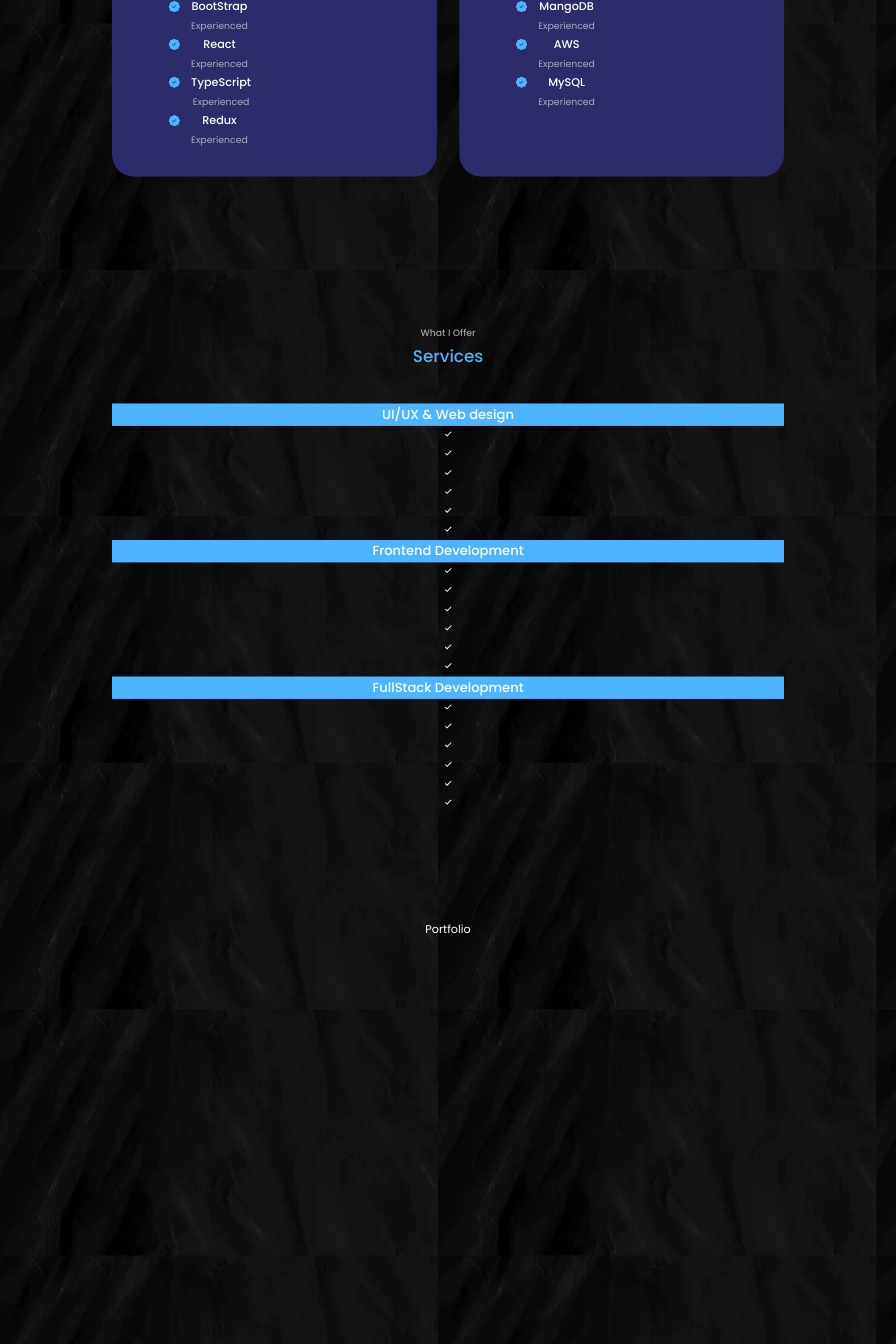
Repository: mayuri2018/Mr_react_portfolio
Page: /
An editor plug-in stored every save of this project. The page is shown before and after the next save, followed by the edit.
The browser window is 1280 px wide. The pictures show the part of the page from y = 2079 to 3999 px (the page is 5835 px tall), at 70% of full size.
The project was rebuilt for these pictures with package versions that can differ from the ones it lists, and the page was loaded fresh each time. Also part of the build but not shown: src/components/portfolio/portfolio.css, src/components/testimonials/testimonials.css, src/components/contact/contact.css, src/components/footer/footer.css.

Above is the page before, as saved 2023-01-25 14:56:10.

### public/index.html
<!DOCTYPE html>
<html lang="en">
  <head>
    <meta charset="utf-8" />
    <link rel="icon" href="%PUBLIC_URL%/favicon.ico" />
    <meta name="viewport" content="width=device-width, initial-scale=1" />
    <meta name="theme-color" content="#000000" />
    <meta
      name="description"
      content="Web site created using create-react-app"
    />
    <link rel="apple-touch-icon" href="%PUBLIC_URL%/logo192.png" />
    <!--
      manifest.json provides metadata used when your web app is installed on a
      user's mobile device or desktop. See https://developers.google.com/web/fundamentals/web-app-manifest/
    -->
    <link rel="manifest" href="%PUBLIC_URL%/manifest.json" />
    <!--
      Notice the use of %PUBLIC_URL% in the tags above.
      It will be replaced with the URL of the `public` folder during the build.
      Only files inside the `public` folder can be referenced from the HTML.

      Unlike "/favicon.ico" or "favicon.ico", "%PUBLIC_URL%/favicon.ico" will
      work correctly both with client-side routing and a non-root public URL.
      Learn how to configure a non-root public URL by running `npm run build`.
    -->
    <title>React portfolio</title>
  </head>
  <body>
    <noscript>You need to enable JavaScript to run this app.</noscript>
    <div id="root"></div>
    <!--
      This HTML file is a template.
      If you open it directly in the browser, you will see an empty page.

      You can add webfonts, meta tags, or analytics to this file.
      The build step will place the bundled scripts into the <body> tag.

      To begin the development, run `npm start` or `yarn start`.
      To create a production bundle, use `npm run build` or `yarn build`.
    -->
  </body>
</html>

### src/index.css
@import url('https://fonts.googleapis.com/css2?family=Poppins:wght@300;400;500;600&display=swap');
*{
  margin:0;
  padding: 0;
  border: 0;
  outline: 0;
  box-sizing:border-box;
  list-style: none;
  text-decoration: none;
}
:root{
  --color-bg:#1f1f38;
  --color-bg-variant:#2c2c6c;
  --color-primary:#4db5ff;
  --color-primary-vriant:rgba(77,181,255,0.4);
  --color-white:#fff;
  --color-light:rgba(255, 255, 255, 0.6);
  --transition: all 400ms;
  --container-width-lg:75%;
  --container-width-md:86%;
  --container-width-sm:90%;
}

html {
  scroll-behavior: smooth;
}

::-webkit-scrollbar{
  display: none;
}
body{
  font-family: "Poppins", sans-serif;
  background:var (--color-white);
  color: var(--color-white);
  line-height: 1.7;
  background-image: url(../src/assets/bg-texture.webp);
}
/*---------general style---------*/
.container{
  width: var(--container-width-lg);
  margin: 0 auto;
}

h1,
h2,
h3,
h4,
h5{
  font-weight:500;
}
h1{
  font-size: 2.5rem;
}
section{
  margin-top: 8rem;
  height: 100vh;
}
section > h2,
section >h5{
  text-align: center;
  color: var(--color-light);
}
section > h2{
  color: var(--color-primary);
  margin-bottom: 3rem;
}
.text-light{
  color: var(--color-light);
}
a{
  color: var(--color-primary);
  transition: var(--transition);
}
a:hover{
  color: var(--color-white);
}
.btn{
  width: max-content;
  display: inline-block;
  color: var(--color-primary);
  padding: 0.75rem 1.2rem;
  border-radius: 0.4rem;
  cursor: pointer;
  border: 1px solid var(--color-primary);
  transition: var(--transition);
}
.btn:hover{
  background: var(--color-white);
  color: var(--color-bg);
  border-color: transparent;
}
.btn-primary{
  background: var(--color-primary);
  color: var(--color-bg);
}
img{
  display: block;
  width: 100%;
  object-fit: cover;
}
/*----------Media Queries (Medium devices)-----*/
@media screen and (max-width: 1024px){
  .container{
    width: var(--container-width-md);
  }
  section{
    margin-top: 6rem;
  }

}
/*----------Media Queries (small devices)-----*/
@media screen and (max-width: 600px){
  .container{
    width: var(--container-width-md);
  }
  section > h2{
    margin-bottom: 2rem;
  }

}

### src/components/header/Header.jsx
import React from "react";
import "./header.css";
import ME from "../../assets/ME.jpeg";
import CTA from "./CTA";
import HeaderSocials from "./HeaderSocials";

export default function Header(){
    return(
        <header>
            <div className="container header_container">
                <h5>Hello I'm</h5>
                <h1>Mayuri Vaddempudi</h1>
                <h5 className="text-light">Fullstack Developer</h5>
                <CTA/>
                <HeaderSocials/>
                <div className="me">
                    <img src={ME} alt="me"/>
                </div>
                <a href="#contact" className="scroll_down">Scroll Down</a>
            </div>
        </header>

    )
}

### src/components/nav/Nav.jsx
import React from "react";
import "./nav.css";
import {AiOutlineHome} from "react-icons/ai";
import {BiBook} from "react-icons/bi";
import {AiOutlineUser} from "react-icons/ai";
import {RiServiceLine} from "react-icons/ri";
import {BiMessageSquareDetail} from "react-icons/bi";
import { useState } from "react";

export default function Nav(){
    const[activeNav, setActiveNav] = useState("#")
    return(
        <nav>
            <a href="#" onClick = {()=> setActiveNav("#")}className={activeNav === "#" ? "active" : ""}><AiOutlineHome/></a>
            <a href="#about" onClick = {()=> setActiveNav("#about")}className={activeNav === "#about" ? "active" : ""}><AiOutlineUser/></a>
            <a href="#experience" onClick = {()=> setActiveNav("#experience")}className={activeNav === "#experience" ? "active" : ""}><BiBook/></a>
            <a href="#services" onClick = {()=> setActiveNav("#services")}className={activeNav === "#services" ? "active" : ""}><RiServiceLine/></a>
            <a href="#contact" onClick = {()=> setActiveNav("#contact")}className={activeNav === "#contact" ? "active" : ""}><BiMessageSquareDetail/></a>
        </nav>

    )
}

### src/components/about/About.jsx
import React from "react";
import "./about.css";
import ME from "../../assets/ME.jpeg";
import{FaAward} from "react-icons/fa";
import{FiUsers} from "react-icons/fi";
import{VscFolderLibrary} from "react-icons/vsc";

export default function About(){
    return(
        <section id="about">
            <h5>Get To Know</h5>
            <h2>About Me</h2>
            <div className="container about_container">
                <div className="about_me">
                    <div className="about_me-image">
                        <img src={ME} alt="About-image"/>
                    </div>
                </div>

                <div className="about_content">
                    <div className="about_cards">
                        <article className="about_card">
                            <FaAward className="about_icon"/>
                            <h5>Experience</h5>
                            <small>4+ Years working</small>
                        </article>

                        <article className="about_card">
                            <FiUsers className="about_icon"/>
                            <h5>Clients</h5>
                            <small>5 Worldwide</small>
                        </article>

                        <article className="about_card">
                            <VscFolderLibrary className="about_icon"/>
                            <h5>Projects</h5>
                            <small>5+ Completed</small>
                        </article>
                    </div>
                    <p>
                    Overall with 4 years of experience including design & developing for building websites.
                    My experience in web design led me to learn technologies such as SEO, Google Analytics,
                    Schema Markup and Wireframe.
                    Passionate about work in cross-functional teams and delivering the best solutions for customers.
                    Currently working on web apps created on ReactJs, Redux, React-router, and Axios.
                    Open for relocation and working as a front-end.
                    </p>
                    <a href="#contact" className="btn-primary">Let's Talk</a>
                </div>
            </div>
        </section>
    )
}

### src/components/services/Services.jsx
import React from "react";
import "./services.css";
import{BiCheck} from "react-icons/bi"

export default function Services(){
    return(
        <section id="services">
            <h5>What I Offer</h5>
            <h2>Services</h2>
            <div className="container service_container">
                <article className="service">
                    <div className="service_head">
                        <h3>UI/UX & Web design</h3>
                    </div>
                    <ul className="service_list">
                        <li>
                            <BiCheck className="service_list-icon"/>
                            <p></p>
                        </li>
                        <li>
                            <BiCheck className="service_list-icon"/>
                            <p></p>
                        </li>
                        <li>
                            <BiCheck className="service_list-icon"/>
                            <p></p>
                        </li>
                        <li>
                            <BiCheck className="service_list-icon"/>
                            <p></p>
                        </li>
                        <li>
                            <BiCheck className="service_list-icon"/>
                            <p></p>
                        </li>
                        <li>
                            <BiCheck className="service_list-icon"/>
                            <p></p>
                        </li>
                    </ul>
                </article>
                {/*End of UI/UX */}
                <article className="service">
                    <div className="service_head">
                        <h3>Frontend Development</h3>
                    </div>
                    <ul className="service_list">
                        <li>
                            <BiCheck className="service_list-icon"/>
                            <p></p>
                        </li>
                        <li>
                            <BiCheck className="service_list-icon"/>
                            <p></p>
                        </li>
                        <li>
                            <BiCheck className="service_list-icon"/>
                            <p></p>
                        </li>
                        <li>
                            <BiCheck className="service_list-icon"/>
                            <p></p>
                        </li>
                        <li>
                            <BiCheck className="service_list-icon"/>
                            <p></p>
                        </li>
                        <li>
                            <BiCheck className="service_list-icon"/>
                            <p></p>
                        </li>
                    </ul>
                </article>
                {/*End of Frontend */}
                <article className="service">
                    <div className="service_head">
                        <h3>FullStack Development</h3>
                    </div>
                    <ul className="service_list">
                        <li>
                            <BiCheck className="service_list-icon"/>
                            <p></p>
                        </li>
                        <li>
                            <BiCheck className="service_list-icon"/>
                            <p></p>
                        </li>
                        <li>
                            <BiCheck className="service_list-icon"/>
                            <p></p>
                        </li>
                        <li>
                            <BiCheck className="service_list-icon"/>
                            <p></p>
                        </li>
                        <li>
                            <BiCheck className="service_list-icon"/>
                            <p></p>
                        </li>
                        <li>
                            <BiCheck className="service_list-icon"/>
                            <p></p>
                        </li>
                    </ul>
                </article>
                {/*End of fullstack */}
            </div>
        </section>
    )
}

### src/components/portfolio/Portfolio.jsx
import React from "react";
import "./portfolio.css";

export default function Portfolio(){
    return(
        <section id="portfolio">Portfolio</section>
    )
}

### src/components/testimonials/Testimonials.jsx
import React from "react";
import "./testimonials.css";

export default function Testimonials(){
    return(
        <section id="testimonials">Testimonials</section>
    )
}

### src/components/contact/Contact.jsx
import React from "react";
import "./contact.css";

export default function Contact(){
    return(
        <section id="contact">Contact</section>
    )
}

### src/components/footer/Footer.jsx
import React from "react";
import "./footer.css";

export default function Footer(){
    return(
        <div>Footer</div>
    )
}

### src/components/header/header.css
header{
    height: 100vh;
    padding-top: 7rem;
    overflow: hidden;
}
.header_container{
    text-align: center;
    height: 100%;
    position: relative;
}
/*------------CTA-----------*/
.cta{
    margin-top: 2.5rem;
    display: flex;
    gap: 1.2rem;
    justify-content: center;
}
/*------------headerSocials-----------*/
.header_socials{
    display: flex;
    flex-direction: column;
    align-items: center;
    gap: 0.8rem;
    position: absolute;
    left: 0;
    bottom: 3rem;
}
.header_socials::after{
    content: "";
    width: 1px;
    height: 2rem;
    background: var(--color-primary);
}
/*------------ME-----------*/
.me{
    background: linear-gradient(var(--color-primary), transparent);
    width: 22rem;
    height: 30rem;
    position: absolute;
    left: calc(50% - 11rem);
    margin-top: 4rem;
    border-radius: 12rem 12rem 0 0;
    overflow: hidden;
    padding: 5rem 1.5rem 1.5rem 1.5rem;
}
/*------------scroll down-----------*/
.scroll_down{
    position: absolute;
    right: -2.3rem;
    bottom: 5rem;
    transform: rotate(90deg);
    font-weight: 300;
    font-size: 0.9;
}
/*----------Media Queries (Medium devices)-----*/
@media screen and (max-width: 1024px){
    header{
        height: 68vh;
    }

  }
  /*----------Media Queries (small devices)-----*/
  @media screen and (max-width: 600px){
    header{
        height: 100vh;
    }
    .header_socials,
    .scroll_down{
        display: none;
    }
  }

### src/components/header/CTA.jsx
import React from "react";

export default function CTA(){
    return(
        <div className="cta">
           <a href="{CV}" className="btn">Download CV</a>
           <a href="#contact" className="btn btn-primary">Let's Talk</a>
        </div>
    )
}

### src/components/header/HeaderSocials.jsx
import React from "react";
import {BsLinkedin} from "react-icons/bs";
import {BsGithub} from "react-icons/bs";
import {FaDribbble} from "react-icons/fa";

export default function HeaderSocials(){
    return(
        <div className="header_socials">
            <a href="https://linkedin.com" target="_blank"><BsLinkedin/></a>
            <a href="https://github.com" target="_blank"><BsGithub/></a>
            <a href="https://dribble.com" target="_blank"><FaDribbble/></a>
        </div>
    )
}

### src/components/nav/nav.css
nav{
    background: rgba(0, 0, 0, 0.3);
    width: max-content;
    display: block;
    padding: 0.7rem 1.7rem;
    z-index: 2;
    position: fixed;
    left: 50%;
    transform: translate(-50%);
    bottom: 2rem;
    display: flex;
    gap: 0.8rem;
    border-radius: 3rem;
    backdrop-filter: blur(15px);
}
nav a{
    background: transparent;
    padding: 0.9rem;
    border-radius: 50%;
    display: flex;
    color: var(--color-light);
    font-size: 1.1rem;
}
nav a:hover{
    background:rgba(0, 0, 0, 0.3);
}
nav a.active{
    background: var(--color-bg);
    color: var(--color-white);
}

### src/components/about/about.css
.about_container{
    display: grid;
    grid-template-columns: 35% 50%;
    gap:15%;
}

.about_me{
    width: 100%;
    aspect-ratio: 1/1;
    border-radius: 2rem;
    background: linear-gradient(
        45deg,
        transparent,
        var(--color-primary),
        transparent);
    display: grid;
    place-items: center;
}

.about_me-image{
    border-radius: 2rem;
    overflow: hidden;
    transform: rotate(10deg);
    transition: var(--transition);
}

.about_me-image:hover{
    transform: rotate(0);
}
.about_cards{
    display: grid;
    grid-template-columns: repeat(3, 1fr);
    gap: 1.5em;
}

.about_card{
    background: var(--color-bg-variant);
    border: 1px solid transparent;
    border-radius: 1rem;
    padding: 2rem;
    text-align: center;
    transition: var(--transition);
}

.about_card:hover{
    background: transparent;
    border-color: var(--color-primary-variant);
    cursor: default;
}

.about_icon{
    color: var(--color-primary);
    font-size: 1.4rem;
    margin-bottom: 1rem;
}
.about_card h5{
    font-size: 0.9rem;
}

.about_card small{
    font-size: 0.7rem;
    color: var(--color-light);
}

.about_content p{
    margin: 2rem 0 2.6rem;
    color:var(--color-light);
}

/*----------Media Queries (Medium devices)-----*/
@media screen and (max-width: 1024px){
    .about_container{
        grid-template-columns: 1fr;
        gap:0;
    }
    .about_me{
        width: 50%;
        margin: 1rem 0 1.5rem;
    }

  }
  /*----------Media Queries (small devices)-----*/
  @media screen and (max-width: 600px){
    .about_me{
        width: 65%;
        margin: 0 auto 3rem;
    }
    .about_cards{
        grid-template-columns: 1fr 1fr;
        gap:1rem ;
    }
    .about_content{
        text-align: center;
    }
    .about_content p{
        margin: 1.5rem 0;
    }
  }

### src/components/experience/experience.css
.experience_container{
    display: grid;
    grid-template-columns: 1fr 1fr;
    gap:2rem;
}
.experience_container > div{
    background:var(--color-bg-variant);
    padding: 2.4rem 5rem;
    border-radius: 2rem;
    border: 1px solid transparent;
    transition: var(--transition);
}

.experience_container > div:hover{
    background: transparent;
    border-color: var(--color-primary-variant);
    cursor: default;
}
.experience_container > div h3{
    text-align: center;
    margin-bottom: 2rem;
    color: var(--color-primary);
}

.experience_container{
    display: grid;
    grid-template-columns: 1fr 1fr;
    row-gap: 2rem;
}
.experience_details{
    display: flex;
    gap:1rem;
}
.experience_details-icon{
    margin-top: 6px;
    color: var(--color-primary);
}

/*----------Media Queries (Medium devices)-----*/
@media screen and (max-width: 1024px){
    .experience_container{
        grid-template-columns: 1fr;
    }
    .experience_container > div{
        width: 80%;
        padding: 2rem;
        margin: 0 auto;
    }
    .experience_content{
        padding: 1rem;
    }

  }
  /*----------Media Queries (small devices)-----*/
  @media screen and (max-width: 600px){
   .experience_container{
    gap:1rem;
   }
   .experience_container > div{
    width: 100%;
    padding: 2rem 1rem;
   }
  }

### src/components/services/services.css
.services_container{
    display: grid;
    grid-template-columns: repeat(3 1fr);
    gap:3rem;
}
.services{
    background: var(--color-bg-variant);
    border-radius:0 0 2rem 2rem;
    height: fit-content;
    transition: var(--transition);
}
.services:hover{
    background: transparent;
    border-color: var(--color-primary-variant);
    cursor: default;
}
.service_head{
    background: var(--color-primary);
}

Loaded but not shown: src/index.js (common file); src/reportWebVitals.js (common file); src/App.css (common file); src/App.js (30 lines, source omitted); src/components/experience/Experience.jsx (127 lines, source omitted)

After the next save:
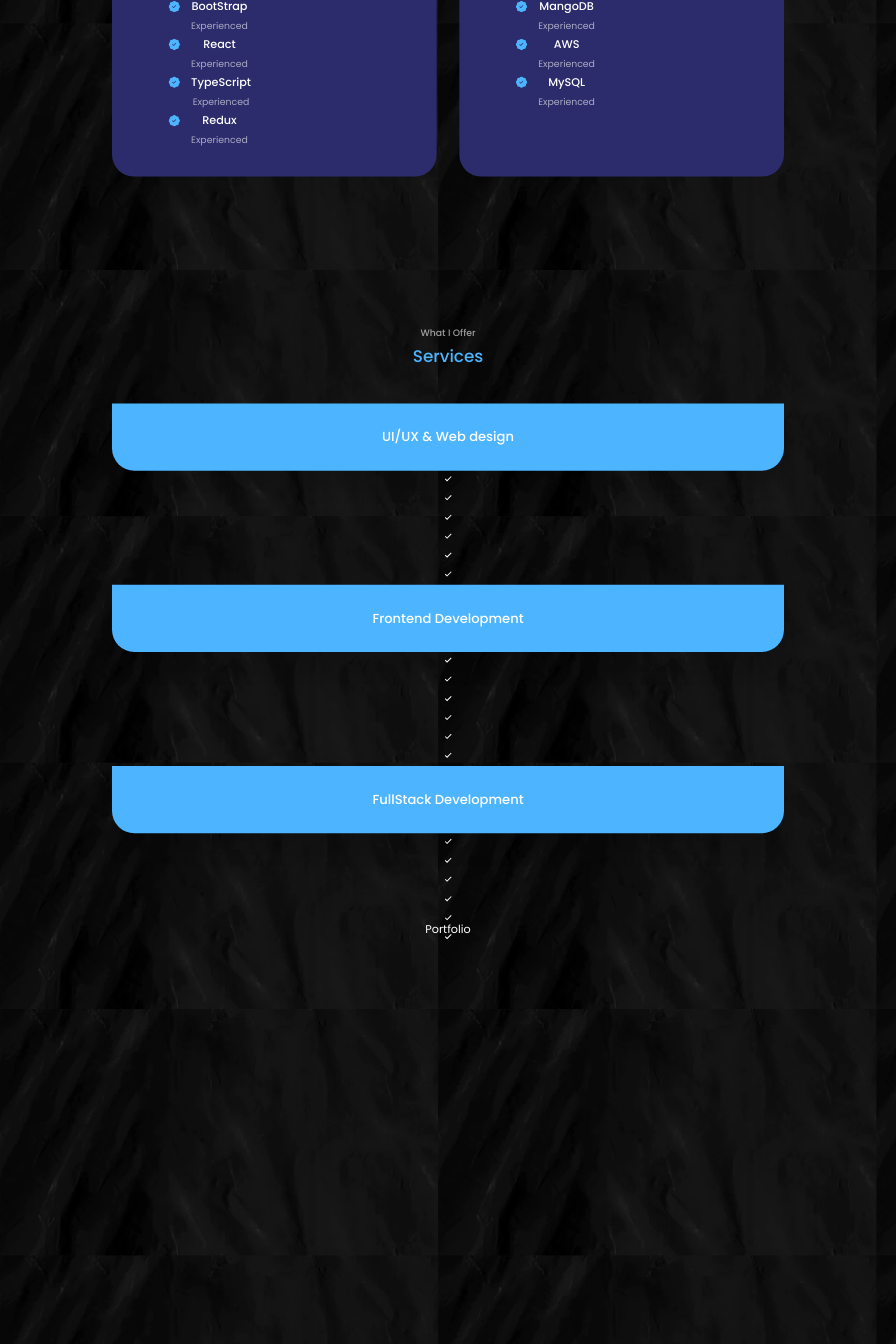
Saved 59 s later.
--- a/src/components/services/services.css
+++ b/src/components/services/services.css
@@ -16,4 +16,7 @@
 }
 .service_head{
     background: var(--color-primary);
+    padding: 2rem;
+    border-radius: 0 0 2rem 2rem;
+    box-shadow: 0 2rem 1rem rgba(0, 0, 0, 0.1);
 }
